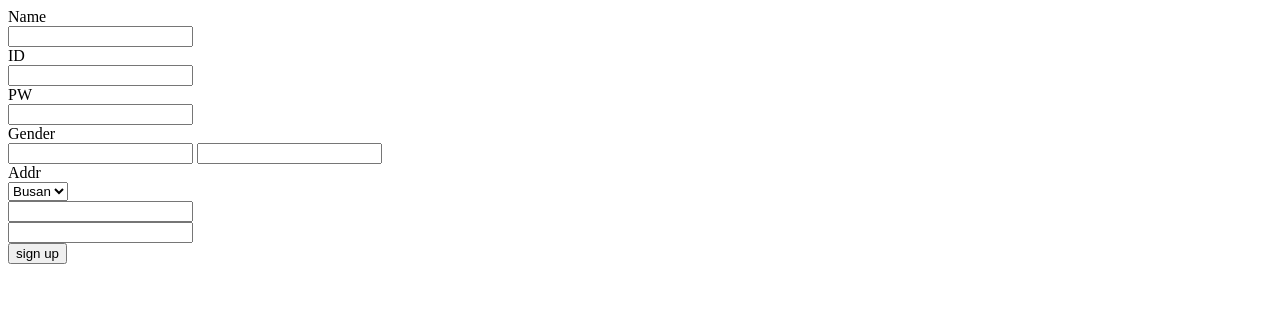
Repository: 9re9ori0426/Bootcamp
Page: webws/03_InputOutput/src/main/webapp/reg.html
These files come from the project's save history. The page is drawn as it stood at one moment and after the next save; the edit follows.
The browser window is 1280 px wide. The pictures show the whole page.

Above is the page before, as saved 2026-10-20 07:33:36.

After the next save:
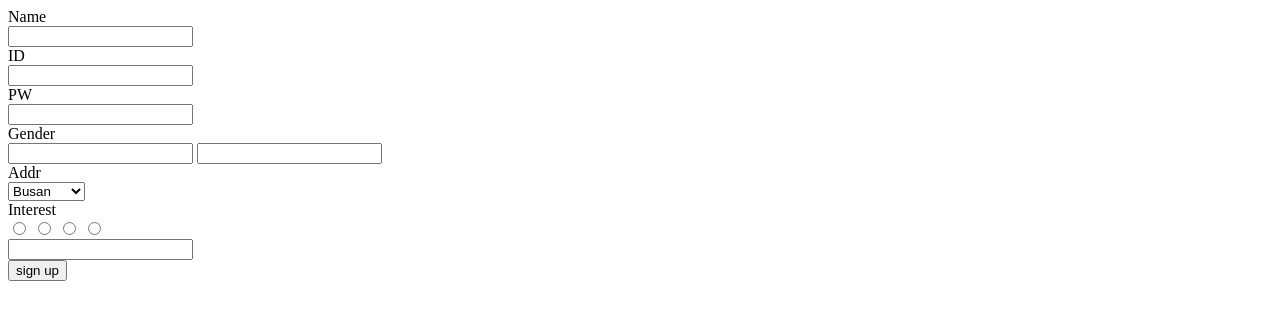
Saved 33 s later.
--- a/webws/03_InputOutput/src/main/webapp/reg.html
+++ b/webws/03_InputOutput/src/main/webapp/reg.html
@@ -28,11 +28,15 @@
 			<select>
 				<option>Busan</option>
 				<option>Seoul</option>
-				<option>asdf</option>
+				<option>Cheonan</option>
 			</select>
 		</div>
 		<div class="signup-row">
-			<input>
+			<div>Interest</div>
+			<input type="radio">
+			<input type="radio">
+			<input type="radio">
+			<input type="radio">
 		</div>
 		<div class="signup-row">
 			<input>
